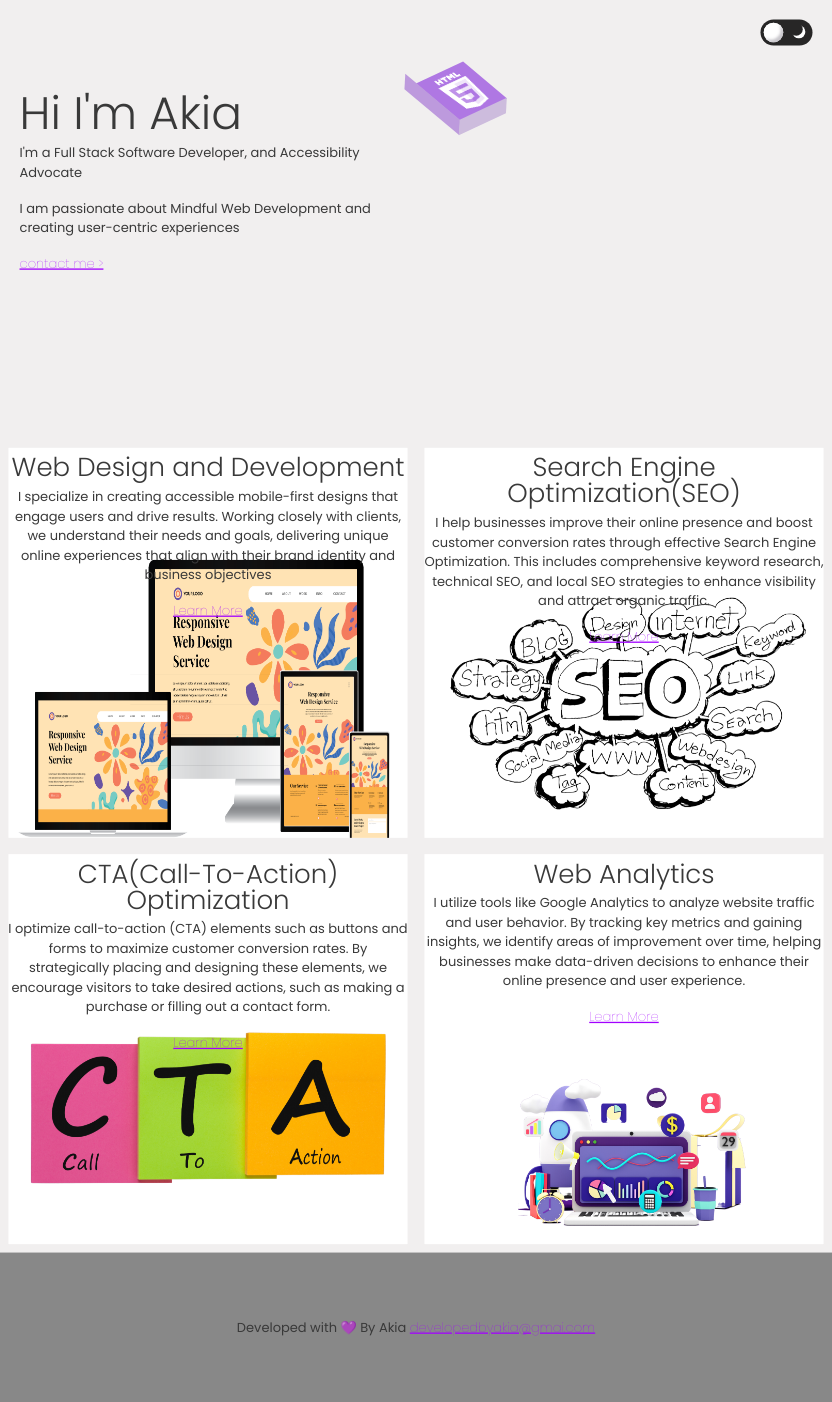
Repository: akiachenise/akiachenise.github.io
Page: index.html
These files come from the project's save history. The page is drawn as it stood at one moment and after the next save; the edit follows.
The browser window is 1280 px wide. The pictures show the whole page, at 65% of full size.

Above is the page before, as saved 2023-06-08 22:48:09.

After the next save:
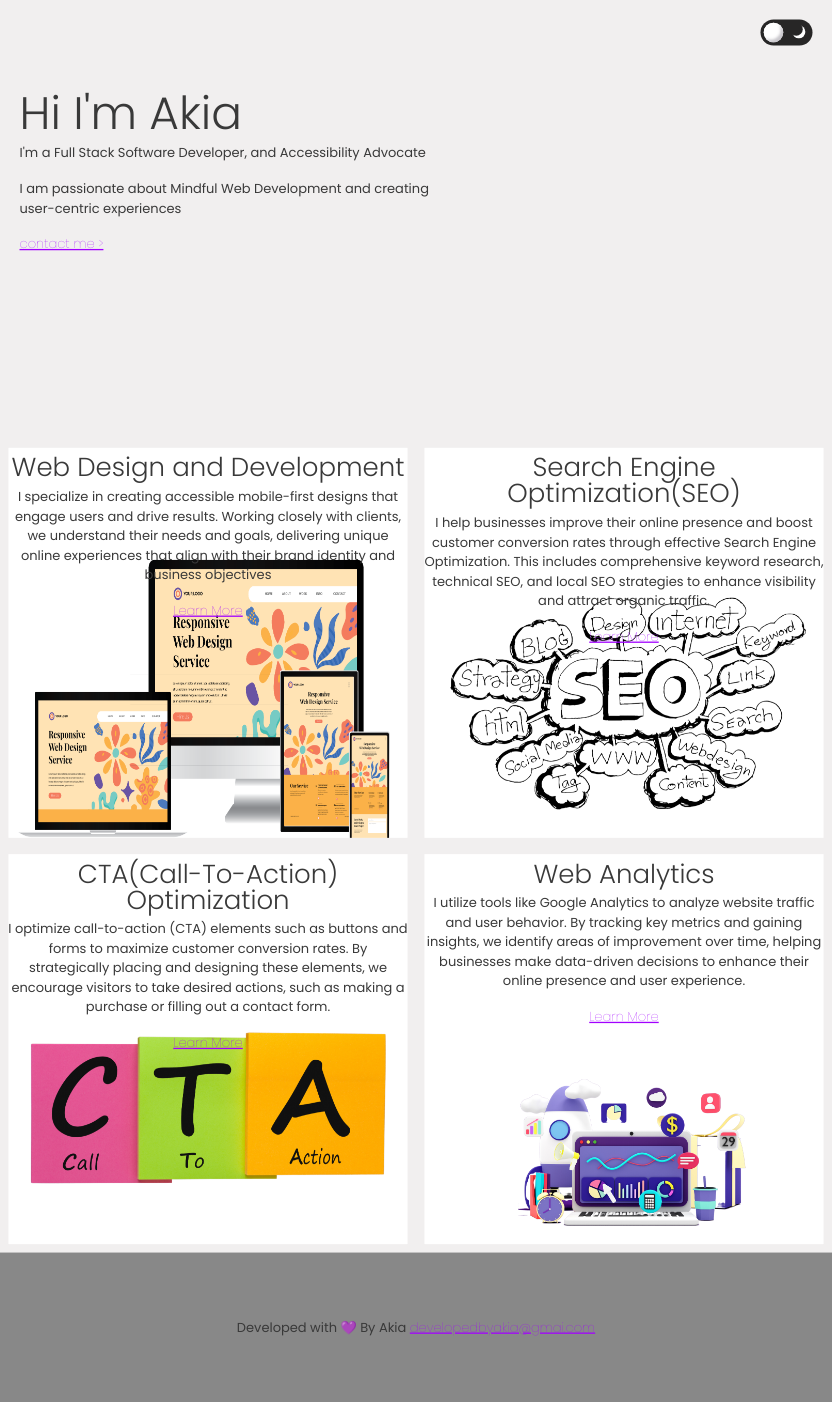
Saved 16 min 44 s later.
--- a/css/styles.css
+++ b/css/styles.css
@@ -149,6 +149,7 @@ header {
     position: relative;
     width: 50%;
     height: 350px;
+    display: block;
 }
 
 .cube {
@@ -179,9 +180,12 @@ header {
 }
 
 #html {
+    left: 100px;
+    bottom: 80px;
     background-image: url("../images/html-square.png");
     background-size: cover;
     background-color: rgb(175, 119, 227);
+    box-shadow: rgb(50 50  50/ 15%);
 }
 
 #html:before {
@@ -192,18 +196,56 @@ header {
     background-color: rgb(205, 188, 221);
 }
 
-
-
-
-
-
-
-
-
-
-
-
-
+#css {
+    left: 250px;
+    bottom: 240px;
+    background-image: url("../images/css-square.png");
+    background-size: cover;
+    background-color: rgb(227, 119, 191);
+    box-shadow: -100px 100px 20px rgb(50 50 50/ 15%);
+  }
+
+  #css:before {
+    background-color: rgb(221, 154, 207);
+  }
+
+  #css:after {
+    background-color: rgb(221, 188, 211);
+  }
+
+  #javascript {
+    left: 450px;
+    bottom: 200px;
+    background-image: url("../images/javascript-square.png");
+    background-size: cover;
+    background-color: rgb(119, 227, 186);
+    box-shadow: -40px 40px 20px rgb(50 50 50/ 15%);
+  }
+
+  #javascript:before {
+    background-color: rgb(154, 221, 202);
+  }
+
+  #javascript:after {
+    background-color: rgb(188, 221, 212);
+  }
+
+  #react {
+    left: 350px;
+    bottom: 40px;
+    background-image: url("../images/react-square.png");
+    background-size: cover;
+    background-color: rgb(119, 193, 227);
+    box-shadow: -80px 80px 20px rgb(50 50 50/ 15%);
+  }
+
+  #react:before {
+    background-color: rgb(154, 189, 221);
+  }
+
+  #react:after {
+    background-color: rgb(188, 200, 221);
+  }
 
 
 footer {
@@ -228,3 +270,9 @@ footer {
         height: 600px;
     }
 }
+
+@media only screen and (max-width: 1300px) {
+    .hero-image {
+        display: none;
+    }
+}
